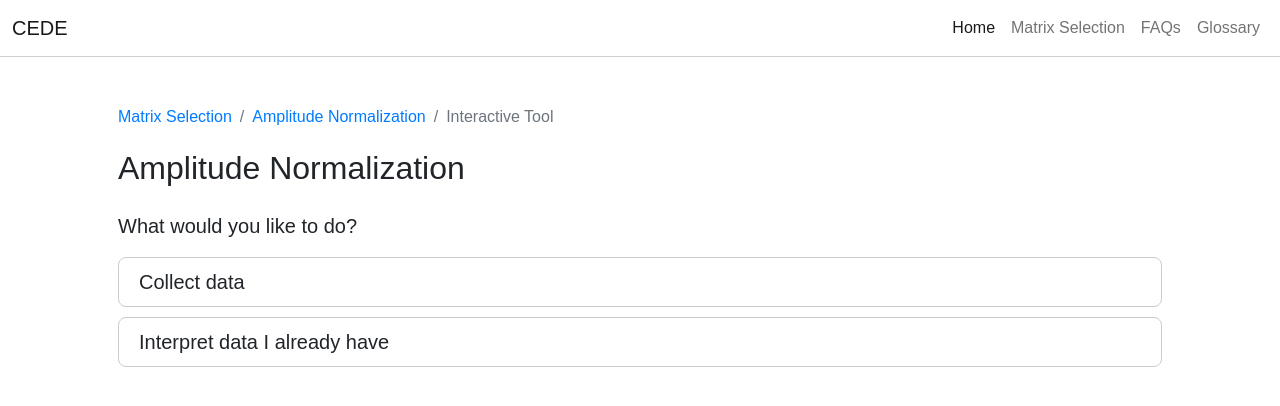
Repository: devashrisamani/CEDE-Website
Page: website/inttool.html
The author's editor kept a copy of each file at every save. The page is drawn from the files as they stood at one save, then again after the next save.
The browser window is 1280 px wide. The pictures show the whole page.

Above is the page before, as saved 2024-06-19 21:54:24.
Console error: TypeError: Cannot read properties of null (reading 'addEventListener')

### website/inttool.html
<!DOCTYPE html>
<html lang="en">
  <head>
    <meta charset="UTF-8" />
    <meta name="viewport" content="width=device-width, initial-scale=1.0" />
    <title>CEDE Decision Tree</title>
    <link
      href="https://cdn.jsdelivr.net/npm/bootstrap@5.1.3/dist/css/bootstrap.min.css"
      rel="stylesheet"
    />
    <link rel="stylesheet" href="inttool.css" />
  </head>
  <body>
    <!-- Navigation Bar (consistent with other pages) -->
    <nav class="navbar navbar-expand-lg navbar-light bg-white">
      <div class="container-fluid">
        <a class="navbar-brand" href="#">CEDE</a>
        <button
          class="navbar-toggler"
          type="button"
          data-bs-toggle="collapse"
          data-bs-target="#navbarNavAltMarkup"
          aria-controls="navbarNavAltMarkup"
          aria-expanded="false"
          aria-label="Toggle navigation"
        >
          <span class="navbar-toggler-icon"></span>
        </button>
        <div
          class="collapse navbar-collapse justify-content-end"
          id="navbarNavAltMarkup"
        >
          <div class="navbar-nav">
            <a class="nav-link active" href="#">Home</a>
            <a class="nav-link" href="#">Matrix Selection</a>
            <a class="nav-link" href="#">FAQs</a>
            <a class="nav-link" href="#">Glossary</a>
          </div>
        </div>
      </div>
    </nav>

    <!-- Main Content -->
    <div class="container mt-5 px-5">
      <nav aria-label="breadcrumb">
        <ol class="breadcrumb">
          <li class="breadcrumb-item">
            <a href="index.html">Matrix Selection</a>
          </li>
          <li class="breadcrumb-item">
            <a href="amplitude.html">Amplitude Normalization</a>
          </li>
          <li class="breadcrumb-item active" aria-current="page">
            Interactive Tool
          </li>
        </ol>
      </nav>
      <h2 class="mb-4">Amplitude Normalization</h2>
      <p class="lead">What would you like to do?</p>
      <div class="options-container">
        <div class="option" onclick="selectOption('collect-data')">
          <span>Collect data</span>
        </div>
        <div class="option" onclick="selectOption('interpret-data')">
          <span>Interpret data I already have</span>
        </div>
      </div>
    </div>

    <!-- Scripts -->
    <script src="script.js"></script>
    <script src="https://cdn.jsdelivr.net/npm/bootstrap@5.1.3/dist/js/bootstrap.bundle.min.js"></script>
  </body>
</html>

### website/inttool.css
body {
  font-family: Arial, sans-serif;
  margin: 0;
  padding: 0;
  background-color: white;
}

.navbar {
  border-bottom: 1px solid #cfcfcf;
}

.breadcrumb {
  background-color: white;
  padding: 0;
  margin-bottom: 20px;
}

.breadcrumb-item a {
  color: #007bff;
  text-decoration: none;
}

.breadcrumb-item a:hover {
  text-decoration: underline;
}

#decision-form {
  background: #f8f9fa; /* Light grey background */
  padding: 20px;
  width: 100%;
  border: 1px solid #ccc;
  border-radius: 8px;
}

.option {
  display: flex;
  justify-content: space-between;
  align-items: center;
  border: 1px solid #ccc;
  margin-bottom: 10px;
  padding: 20px;
  cursor: pointer;
  background-color: white;
  border-radius: 8px;
  height: 50px;
}

.option:hover {
  background-color: #f0f0f0;
}

.option span {
  font-size: 1.25rem;
  font-weight: 500;
}

button {
  padding: 10px 20px;
  cursor: pointer;
  border: none;
  background: #007bff;
  color: white;
  border-radius: 5px;
  margin-top: 10px;
}

button#back-button {
  background: #6c757d;
}

button:disabled {
  background: #eee;
  color: #aaa;
  cursor: default;
}

### website/script.js
function selectOption(option) {
  console.log("Option selected:", option);
  // Add logic to handle the selected option, such as updating the page content
}

// page 2

function selectOption(option) {
  console.log("Option selected:", option);
  // Here, you can redirect to another page or load new content based on the option
}

function goBack() {
  window.history.back(); // This will take you to the previous page in the history stack
}

// Decision tree functions
const questions = [
  "Does your experiment involve comparisons between muscles or within muscles?",
  "Does your experiment involve comparisons between sessions or within a session?",
  "Does your experiment involve within-group comparisons or between-groups comparisons?",
  "Can your participants perform MVC?",
];

const responses = [
  ["Between muscles", "Within muscle"],
  ["Between sessions", "Within a session"],
  ["Within-group comparison", "Between-groups comparison"],
  ["Yes", "No"],
];

const decisionTree = {
  "Within muscle": {
    "Within a session": {
      "Within-group comparison": {
        Yes: "Experimental context 1: Amplitude comparison within a person and muscle, between conditions/tasks (within a session). *Without removing electrodes (1.1 - 1.6)",
      },
    },
  },
};

function getRecommendation(responses) {
  let node = decisionTree;
  for (let response of responses) {
    if (node[response]) {
      node = node[response];
    } else {
      return "No recommendation found for the given responses.";
    }
  }
  return node;
}

document.getElementById("get-recommendation").addEventListener("click", () => {
  const userResponses = [
    document.getElementById("q1-select").value,
    document.getElementById("q2-select").value,
    document.getElementById("q3-select").value,
    document.getElementById("q4-select").value,
  ];
  const recommendation = getRecommendation(userResponses);
  document.getElementById("recommendation").innerText = recommendation;
});

// CEDE Collaborations section

function showSection(sectionId) {
  const sections = document.querySelectorAll(".team-section");
  const buttons = document.querySelectorAll(".btn-toggle");
  sections.forEach((section) => {
    section.classList.add("d-none");
  });
  buttons.forEach((button) => {
    button.classList.remove("active");
  });
  document.getElementById(sectionId).classList.remove("d-none");
  document
    .querySelector(`button[onclick="showSection('${sectionId}')"]`)
    .classList.add("active");
}

After the next save:
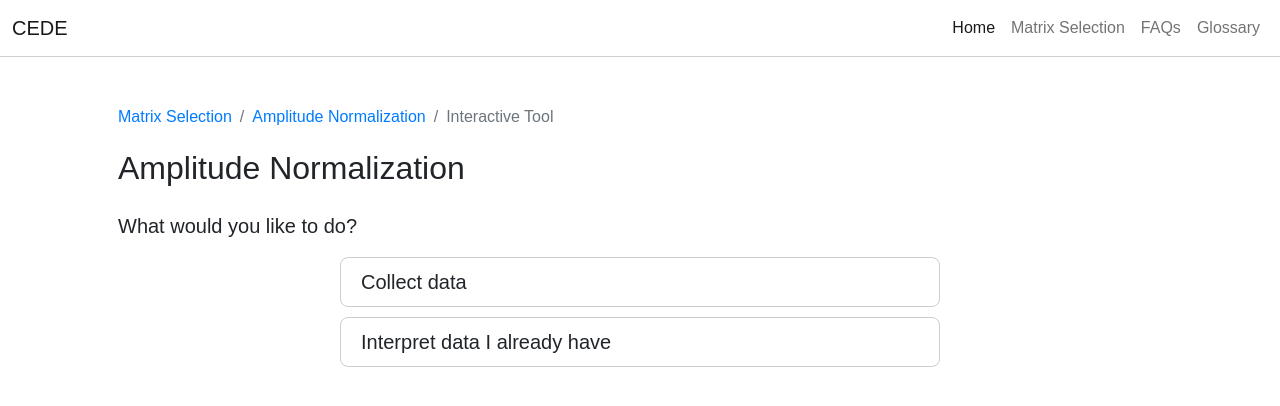
Saved 16 min 3 s later.
--- a/website/inttool.css
+++ b/website/inttool.css
@@ -7,6 +7,7 @@ body {
 
 .navbar {
   border-bottom: 1px solid #cfcfcf;
+  background-color: #ffffff;
 }
 
 .breadcrumb {
@@ -24,12 +25,10 @@ body {
   text-decoration: underline;
 }
 
-#decision-form {
-  background: #f8f9fa; /* Light grey background */
-  padding: 20px;
+.options-container {
   width: 100%;
-  border: 1px solid #ccc;
-  border-radius: 8px;
+  max-width: 600px;
+  margin: 0 auto;
 }
 
 .option {
@@ -42,6 +41,7 @@ body {
   cursor: pointer;
   background-color: white;
   border-radius: 8px;
+  font-size: 1.25rem;
   height: 50px;
 }
 
@@ -60,16 +60,22 @@ button {
   border: none;
   background: #007bff;
   color: white;
-  border-radius: 5px;
+  border-radius: 25px;
   margin-top: 10px;
+  text-transform: uppercase;
 }
 
-button#back-button {
-  background: #6c757d;
+#back-button {
+  background-color: white;
+  color: #007bff;
+  border: 2px solid #007bff;
 }
 
-button:disabled {
-  background: #eee;
-  color: #aaa;
-  cursor: default;
+#back-button:hover {
+  background-color: #007bff;
+  color: white;
 }
+
+.text-center {
+  text-align: center;
+}
